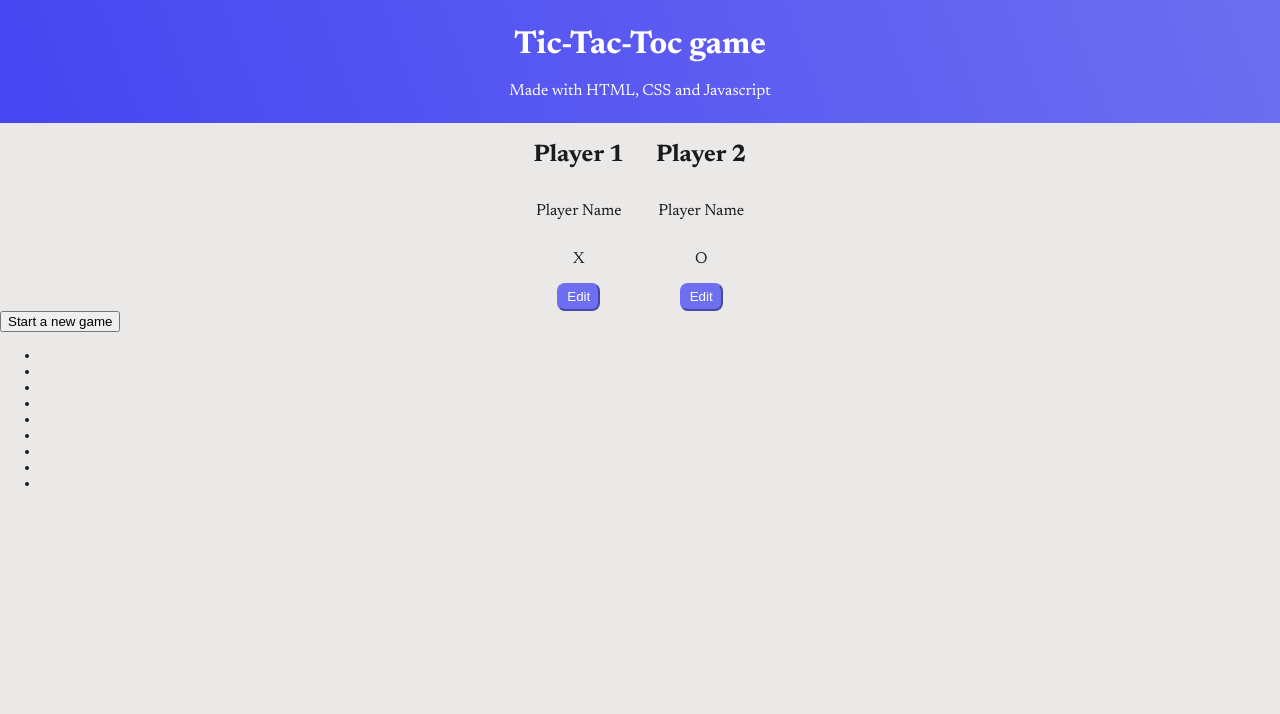
Repository: MicTomm/Tic-tac-toe-game
Page: index.html
These files come from the project's save history. The page is drawn as it stood at one moment and after the next save; the edit follows.
The browser window is 1280 px wide. The pictures show the whole page.

Above is the page before, as saved 2023-06-23 16:17:39.
Not found: js-code

### index.html
<!DOCTYPE html>
<html lang="en">

<head>
    <meta charset="UTF-8">
    <meta name="viewport" content="width=device-width, initial-scale=1.0">
    <title>Tic-Tac-Toe</title>
    <link rel="preconnect" href="https://fonts.googleapis.com">
    <link rel="preconnect" href="https://fonts.gstatic.com" crossorigin>
    <link href="https://fonts.googleapis.com/css2?family=Newsreader:wght@400;700&display=swap" rel="stylesheet">
    <link href="/styles/styles.css" rel="stylesheet">
    <link href="/styles/overlay.css" rel="stylesheet">
    <link href="/styles/configuration.css" rel="stylesheet">
    <script src="js-code" defer></script>
</head>

<body>
    <div class="back-drop" id="back-drop"></div>
    <header id="main-header">
        <h1>Tic-Tac-Toc game</h1>
        <p>Made with HTML, CSS and Javascript</p>
    </header>
    <main>
        <aside id="aside-container">
            <header id="id=" aside-header>
                <h2>Chose your name</h2>
            </header>
            <form>
                <div id="aside-input-container">
                    <label for="choosing-player-name">Player name</label>
                    <input type="text" id="choosing-player-name">
                </div>
                <div id="aside-buttons-container">
                    <button type="button" class="btn alternative-btn" id="cancel-btn">
                        <a href="/">Cancel</a>
                    </button>
                    <button type="submit" class="btn">Confirm</button>
                </div>
            </form>
        </aside>
        <section id="game-configuration">
            <article>
                <div id="player1-container">
                    <h2>Player 1</h2>
                    <p>Player Name</p>
                    <p>X</p>
                    <button id="edit-p1-btn" class="btn">Edit</button>
                </div>
            </article>
            <article>
                <div id="player2-container">
                    <h2>Player 2</h2>
                    <p>Player Name</p>
                    <p>O</p>
                    <button id="edit-p2-btn" class="btn">
                        <a href="#aside-container">Edit</a>
                    </button>
                </div>
            </article>
        </section>
        <section id="game-execution">
            <button type="button">Start a new game</button>
            <ul>
                <li></li>
                <li></li>
                <li></li>

                <li></li>
                <li></li>
                <li></li>

                <li></li>
                <li></li>
                <li></li>
            </ul>
        </section>
    </main>

</body>

</html>

### styles/styles.css
body{
    margin: 0;
    background-color: rgb(235, 232, 232);
    font-family: 'Newsreader', serif;
    color: rgb(27, 27, 27);
}

a{
    text-decoration: none;
    color: white;
}

#cancel-btn a{
    color: rgb(27, 27, 27);
}

#main-header{
    background: linear-gradient(70deg, rgb(70, 70, 242), rgb(110, 110, 241));
    color: white;
    padding: 0.5rem 5%;
    text-align: center;
}

.btn{
    background-color: rgb(110, 110, 241);
    border-color: rgb(110, 112, 241);
    color: white;
    border-radius: 8px;
    padding: 0.3rem 0.5rem;
}

.alternative-btn{
    background-color: rgb(223, 223, 239);
    border-color: transparent;
    color: rgb(27, 27, 27);
    margin: 0.5rem;
}

.btn:hover{
    background-color:  rgb(127, 127, 233);
    box-shadow: 1px 1px 2px rgb(27, 27, 27);
}

.alternative-btn:hover{
    background-color: rgb(210, 210, 235);
    border-color: rgb(205, 205, 233);
}

aside h2,
aside label{
    color: rgb(110, 110, 241);
    text-shadow: .5px .5px 1px rgb(27, 27, 27, 0.5);
}

form label{
    display: block;
    margin-bottom: .5rem;
}

form input{
    padding: .3rem;
    border-color: transparent;
    border-radius: 8px;
    font-family: inherit;
}

form input:hover,
form input:focus {
    outline: rgb(110, 110, 241) auto 1px;
}

form #aside-buttons-container{
    display: flex;
    flex-flow: row;
    justify-content: center;
    align-items: center;
    margin: .5rem;
}

### styles/overlay.css
#aside-container {
    text-align: center;
    background-color: rgb(241, 245, 245);
    width: 90%;
    margin: 0rem auto;
    border-radius: .6rem;
    padding: .5rem 0rem;
    display: none;
    position: fixed;
    top: 25%;
    left: 5%;
}

#aside-container:target,
#back-drop:target {
    display: block;
}

.back-drop {
    background-color: rgb(168, 157, 157, 0.5);
    width: 100%;
    height: 100%;
    position: fixed;
    display: none;
}

aside h2,
aside label {
    color: rgb(110, 110, 241);
    text-shadow: .5px .5px 1px rgb(27, 27, 27, 0.5);
}

form label {
    display: block;
    margin-bottom: .5rem;
}

form input {
    padding: .3rem;
    border-color: transparent;
    border-radius: 8px;
    font-family: inherit;
    font-weight: 700;
    color: rgb(27, 27, 27, 0.7);
    text-align: center;
}

form input:hover,
form input:focus {
    outline: rgb(110, 110, 241) auto 1px;
}

form #aside-buttons-container {
    display: flex;
    flex-flow: row;
    justify-content: center;
    align-items: center;
    margin: .5rem;
}

@media (min-width: 48rem) {

    #aside-container {
        position: fixed;
        top: 25%;
        left: calc(50% - 20rem);
        width: 40rem;
    }

}

### styles/configuration.css
#game-configuration{
    display: flex;
    flex-flow: row;
    justify-content: center;
}

#player1-container,
#player2-container{
    background-color: 241, 245, 245;
    margin: 0rem 1rem;
    display: flex;
    flex-flow: column;
    justify-content: center;
    align-items: center;
}

After the next save:
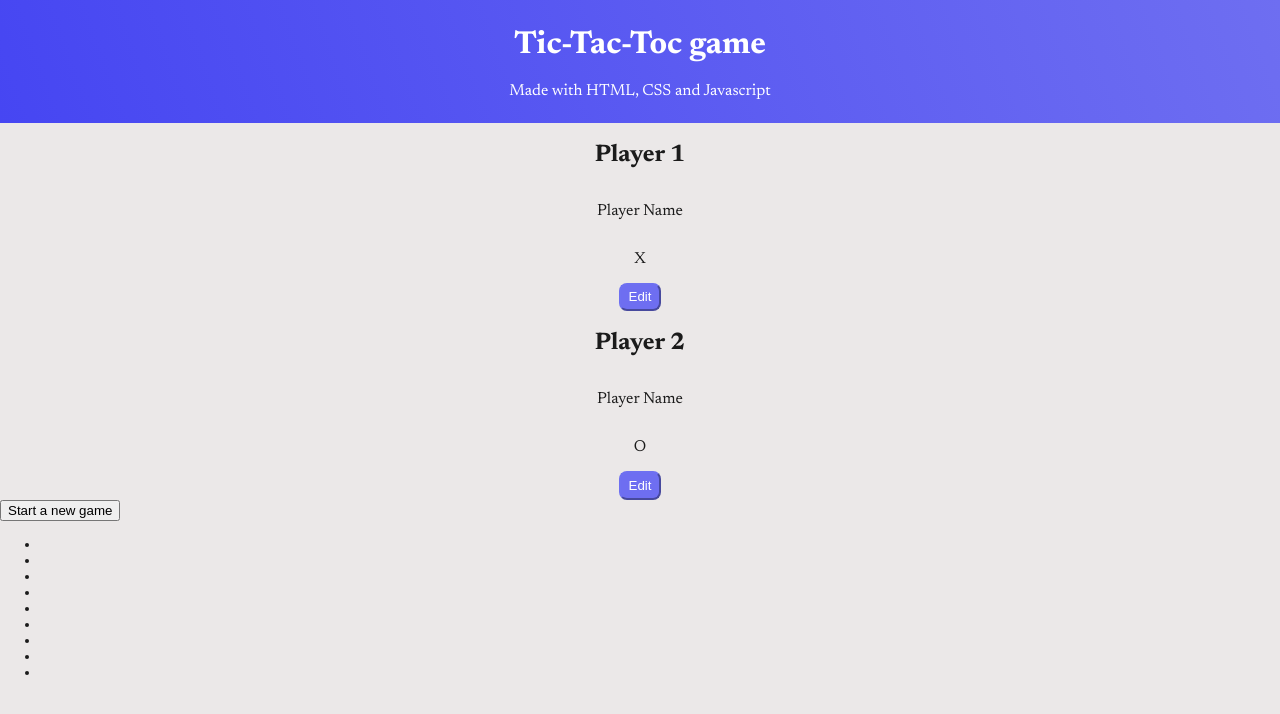
Saved 21 s later.
--- a/styles/configuration.css
+++ b/styles/configuration.css
@@ -1,7 +1,5 @@
 #game-configuration{
-    display: flex;
-    flex-flow: row;
-    justify-content: center;
+    margin: 0 auto;
 }
 
 #player1-container,
